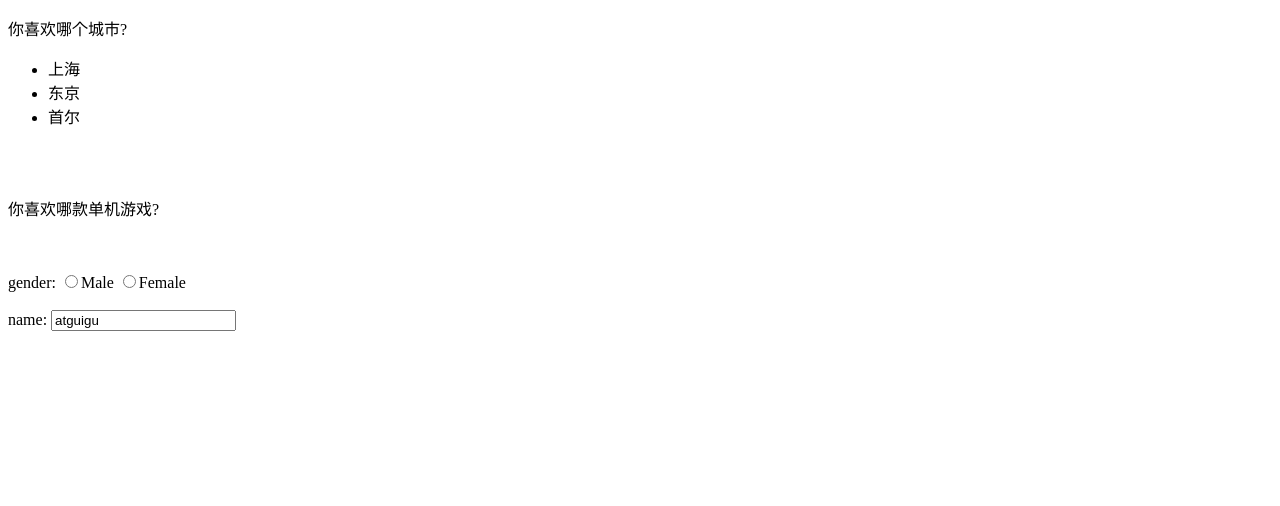
Repository: smilebingbing/java
Page: day_1/WebContent/dom-4.html
An editor plug-in stored every save of this project. The page is shown before and after the next save, followed by the edit.
The browser window is 1280 px wide. The pictures show the whole page.

Above is the page before, as saved 2016-10-18 09:22:33.

### day_1/WebContent/dom-4.html
<!DOCTYPE HTML PUBLIC "-//W3C//DTD HTML 4.01//EN" "http://www.w3.org/TR/html4/strict.dtd">
<html>
	<head>
		<meta http-equiv="Content-Type" content="text/html; charset=UTF-8">
		<title>Untitled Document</title>

		<script type="text/javascript" src="scripts/jquery-1.7.2.js"></script>
		<script type="text/javascript">

			//测试使用 jQuery 删除节点
			$(function(){
				//1. 为 #city 的每一个 li 添加 click 响应函数: 点击时, li 被删除
				//$("#city li").click(function(){
				//	$(this).remove();
				//});

				//jQuery 对象的 remove() 方法: 将把 jQuery 对象对应的
				//DOM 节点直接删除.
				$("#bj").remove();

				//2. 清空 #game 节点
				//jQuery 对象的 empty() 方法: 清空 jQuery 对象对应的
				//DOM 对象的所有的子节点.
				alert("要清空了!");
				$("#game").empty();
			})


		</script>

	</head>
	<body>
		<p>你喜欢哪个城市?</p>
		<ul id="city"><li id="bj" name="BeiJing">北京</li>
			<li>上海</li>
			<li id="dj">东京</li>
			<li id="se">首尔</li>
		</ul>

		<br><br>
		<p>你喜欢哪款单机游戏?</p>
		<ul id="game">
			<li id="rl">红警</li>
			<li>实况</li>
			<li>极品飞车</li>
			<li>魔兽</li>
		</ul>

		<br><br>
		gender:
			<input type="radio" name="gender" value="male"/>Male
			<input type="radio" name="gender" value="female"/>Female

		<br><br>
		name: <input type="text" name="username" value="atguigu"/>

	</body>
</html>

Loaded but not shown: day_1/WebContent/jquery-1.7.2.js (library)

After the next save:
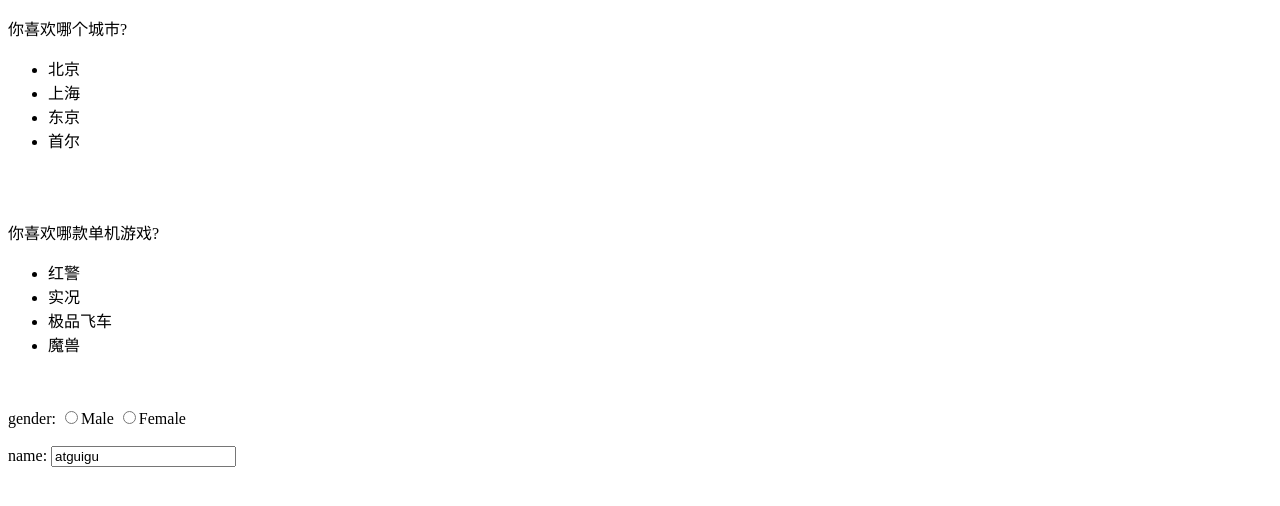
Console error: SyntaxError: Invalid or unexpected token
Saved 2 min 18 s later.
--- a/day_1/WebContent/dom-4.html
+++ b/day_1/WebContent/dom-4.html
@@ -9,6 +9,9 @@
 
 			//测试使用 jQuery 删除节点
 			$(function(){
+				￥（“#city li").click(function(){
+					$(this.remove());
+				});
 				//1. 为 #city 的每一个 li 添加 click 响应函数: 点击时, li 被删除
 				//$("#city li").click(function(){
 				//	$(this).remove();

After the 2 saves that followed:
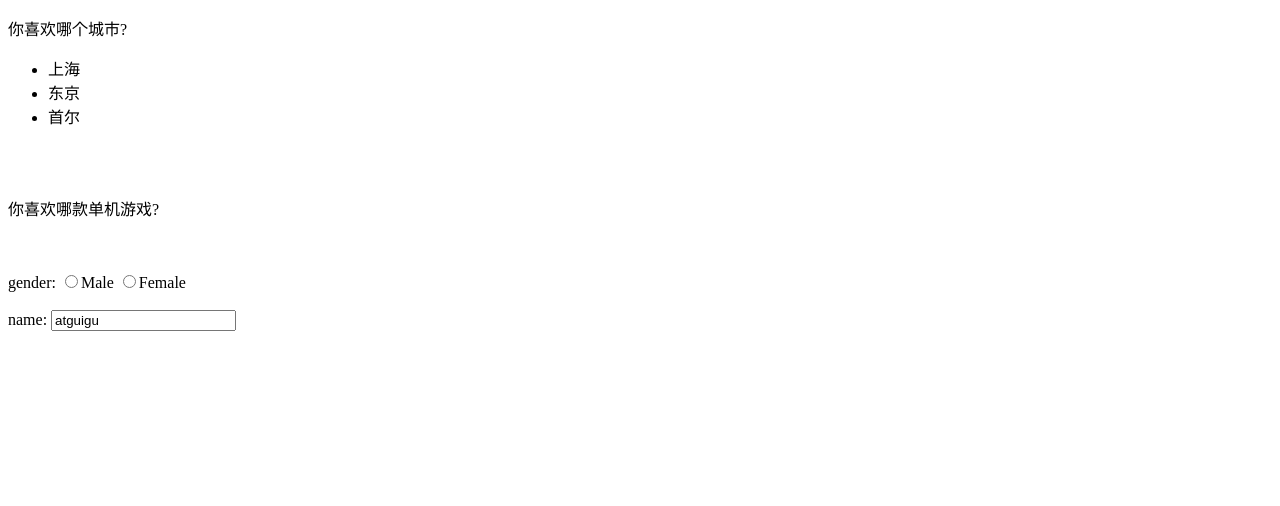
The error is gone.
The 2 saves are shown as one change because 1 left the picture as it was.
The last was saved 48 s later.
--- a/day_1/WebContent/dom-4.html
+++ b/day_1/WebContent/dom-4.html
@@ -9,7 +9,7 @@
 
 			//测试使用 jQuery 删除节点
 			$(function(){
-				￥（“#city li").click(function(){
+				$("#city li").click(function(){
 					$(this.remove());
 				});
 				//1. 为 #city 的每一个 li 添加 click 响应函数: 点击时, li 被删除
